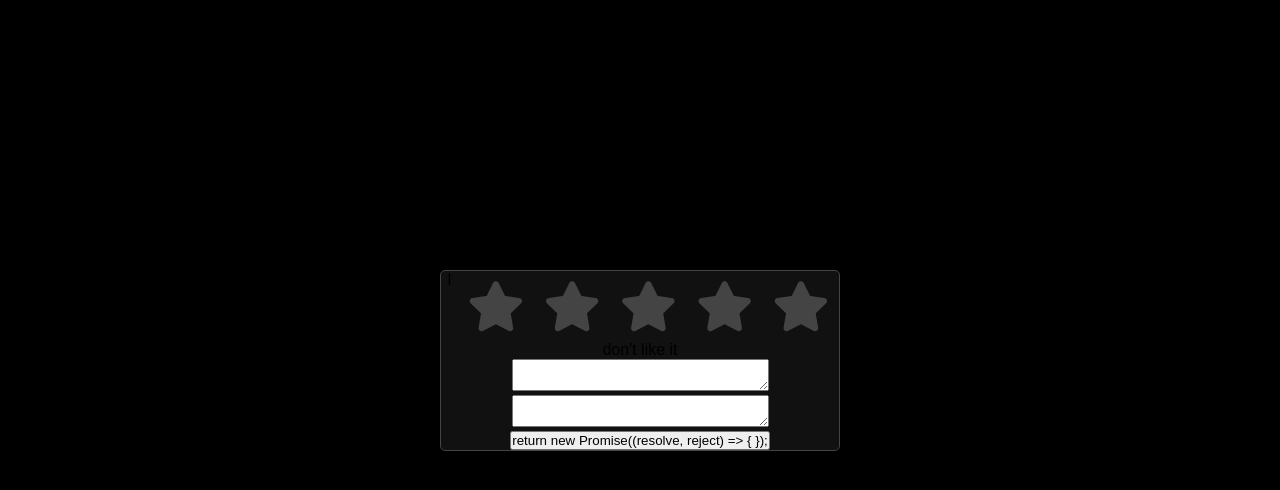
Repository: Suryansh-D/Star-Ratings
Page: index.html
These files come from the project's save history. The page is drawn as it stood at one moment and after the next save; the edit follows.
The browser window is 1280 px wide. The pictures show the whole page.

Above is the page before, as saved 2024-02-03 09:47:08.

### index.html
<!DOCTYPE html>
<html lang="en">
<head>
    <meta charset="UTF-8">
    <meta name="viewport" content="width=device-width, initial-scale=1.0">
    <title>Document</title>
</head>
<link rel="stylesheet" href="style.css">
<link rel="stylesheet" href="https://cdnjs.cloudflare.com/ajax/libs/font-awesome/5.15.3/css/all.min.css">
<body>
    <div class="container">
        <div class="stars">
            <input type="radio" name="rate" id="rate-5">
            <label for="rate-5" class="fas fa-star"></label>
            <input type="radio" name="rate" id="rate-4">
            <label for="rate-4" class="fas fa-star"></label>
            <input type="radio" name="rate" id="rate-3">
            <label for="rate-3" class="fas fa-star"></label>
            <input type="radio" name="rate" id="rate-2">
            <label for="rate-2" class="fas fa-star"></label>
            <input type="radio" name="rate" id="rate-1">
            <label for="rate-1" class="fas fa-star"></label>
            <form action="#">
                <header>I don't like it</header>
                <div class="textarea">
                <textarea cols="30"></textarea>
                </div>
                    <div class="btn">
                        <textarea cols="30"></textarea>
                        <button type="submit">return new Promise((resolve, reject) => {

                        });
        </div>
    </div>
    <script></script>
</body>
</html>

### style.css
@import url('https://fonts.googleapis.com/css?family=Roboto:400,700');
* {
  margin: 0;
  padding: 0;
  box-sizing: border-box;
  font-family:'Poppins', sans-serif;
}
html, body {
  height: 100%;
  background-color: #000;
  place-items: center;
  display: grid;
  text-align: center;
}

.container {
  width: 400px;
  background: #111;
    padding: 20px , 30px;
    border: 1px solid #444;
    border-radius: 5px;
    display: flex;
    flex-direction: column;
    align-items: center;
    justify-content: center;
}
.container .stars input{
    display: none;
}
.stars label{
    font-size: 50px;
    color: #444;
    cursor: pointer;
    transition: all 0.2s ease;
    float: right;
    padding: 10px;

}
.stars input:not(:checked) ~ label:hover ,
.stars input:not(:checked) ~ label:hover ~ label{
    color: #ffcc00;
}
.stars input:checked ~ label{
    color: #ffcc00;
}
input#rate-5:checked ~ label#rate-5 ~ label#rate-4 ~ label#rate-3 ~ label#rate-2 ~ label#rate-1{
    color: #ffe7;
    text-shadow: 0 0 20px #952;
}

After the next save:
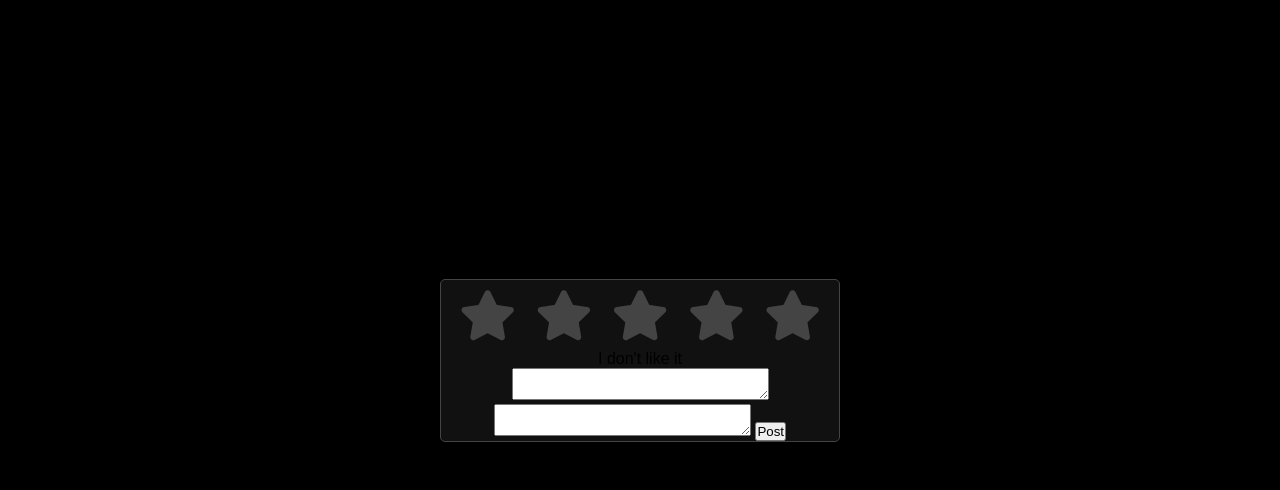
Saved 4 s later.
--- a/index.html
+++ b/index.html
@@ -27,9 +27,7 @@
                 </div>
                     <div class="btn">
                         <textarea cols="30"></textarea>
-                        <button type="submit">return new Promise((resolve, reject) => {
-
-                        });
+                        <button type="submit">Post</button>
         </div>
     </div>
     <script></script>
